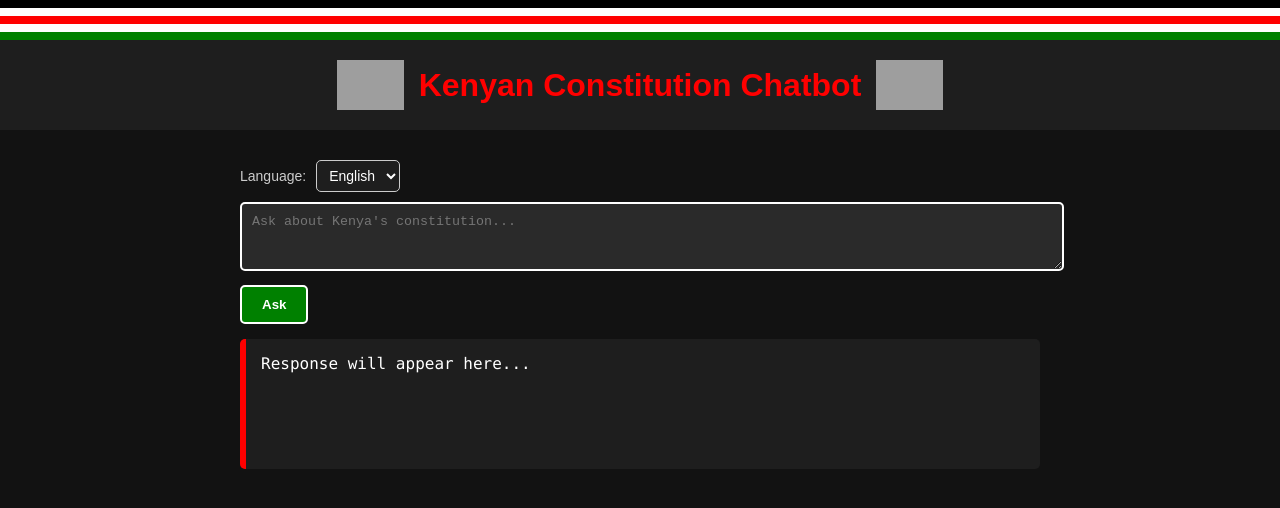
Repository: poip-boop/Bilingual-RAG-Chatbot-on-Constitution-of-Kenya
Page: index.html
An editor plug-in stored every save of this project. The page is shown before and after a run of saves, followed by the edit.
The browser window is 1280 px wide. The pictures show the whole page.
Pictures or frames that could not be fetched are drawn as grey boxes.

Above is the page before, as saved 2025-04-26 07:22:42.

### index.html
<!DOCTYPE html>
<html>
<head>
    <title>Kenya Constitution Chatbot</title>
    <style>
        body {
            font-family: Arial, sans-serif;
            background-color: #121212;
            color: #fff;
            margin: 0;
            padding: 0;
        }

        .container {
            max-width: 800px;
            margin: 0 auto;
            padding: 20px;
        }

        .flag-stripe {
            height: 8px;
            width: 100%;
        }

        .black-stripe { background-color: black; }
        .red-stripe { background-color: red; }
        .white-stripe { background-color: white; }
        .green-stripe { background-color: green; }

        .header {
            display: flex;
            align-items: center;
            justify-content: center;
            padding: 20px 10px;
            gap: 15px;
            background-color: #1e1e1e;
        }

        .header img {
            height: 50px;
        }

        .header h1 {
            color: #ff0000;
            font-size: 32px;
            text-align: center;
            margin: 0;
        }

        #response {
            background: #1e1e1e;
            padding: 15px;
            border-left: 6px solid red;
            border-radius: 5px;
            min-height: 100px;
            margin-top: 15px;
            white-space: pre-wrap;
            font-family: Consolas, monospace;
        }

        textarea {
            width: 100%;
            padding: 10px;
            margin-top: 10px;
            border-radius: 5px;
            border: 2px solid #fff;
            background-color: #2a2a2a;
            color: white;
        }

        .controls {
            display: flex;
            align-items: center;
            gap: 10px;
            margin-top: 10px;
        }

        .lang-label {
            font-size: 14px;
            color: #ccc;
        }

        #language {
            padding: 6px 8px;
            font-size: 14px;
            border-radius: 5px;
            background-color: #1e1e1e;
            color: white;
            border: 1px solid #ccc;
        }

        button {
            padding: 10px 20px;
            border-radius: 5px;
            border: 2px solid white;
            background: green;
            color: white;
            font-weight: bold;
            cursor: pointer;
            transition: background 0.3s;
        }

        button:hover {
            background: red;
        }
    </style>
</head>
<body>
    <!-- Kenyan Flag Stripes -->
    <div class="flag-stripe black-stripe"></div>
    <div class="flag-stripe white-stripe"></div>
    <div class="flag-stripe red-stripe"></div>
    <div class="flag-stripe white-stripe"></div>
    <div class="flag-stripe green-stripe"></div>

    <!-- Full-width Title Bar with Flags -->
    <div class="header">
        <img src="https://upload.wikimedia.org/wikipedia/commons/thumb/4/49/Flag_of_Kenya.svg/1200px-Flag_of_Kenya.svg.png" alt="Kenya Flag">
        <h1>Kenyan Constitution Chatbot</h1>
        <img src="https://upload.wikimedia.org/wikipedia/commons/thumb/4/49/Flag_of_Kenya.svg/1200px-Flag_of_Kenya.svg.png" alt="Kenya Flag">
    </div>

    <div class="container">
        <!-- Controls (Language only now) -->
        <div class="controls">
            <label class="lang-label" for="language">Language:</label>
            <select id="language">
                <option value="en">English</option>
                <option value="sw">Swahili</option>
            </select>
        </div>

        <!-- Question Area -->
        <textarea id="question" rows="3" placeholder="Ask about Kenya's constitution..."></textarea>

        <!-- Ask Button moved here -->
        <div style="margin-top: 10px;">
            <button onclick="ask()">Ask</button>
        </div>

        <!-- Response Display -->
        <div id="response">Response will appear here...</div>
    </div>

    <script>
        async function ask() {
            const question = document.getElementById('question').value;
            const language = document.getElementById('language').value;
            const responseDiv = document.getElementById('response');

            if (!question) {
                alert("Please enter a question");
                return;
            }

            responseDiv.innerHTML = "Thinking...";

            try {
                const response = await fetch('/ask', {
                    method: 'POST',
                    headers: { 'Content-Type': 'application/json' },
                    body: JSON.stringify({ question: question, language: language })
                });

                const data = await response.json();
                let text = data.answer;
                responseDiv.innerHTML = "";

                let i = 0;
                function typeWriter() {
                    if (i < text.length) {
                        responseDiv.innerHTML += text.charAt(i);
                        i++;
                        setTimeout(typeWriter, 15);
                    }
                }
                typeWriter();

            } catch (error) {
                responseDiv.innerHTML = "Error: " + error.message;
            }
        }
    </script>
</body>
</html>

After the next 2 saves:
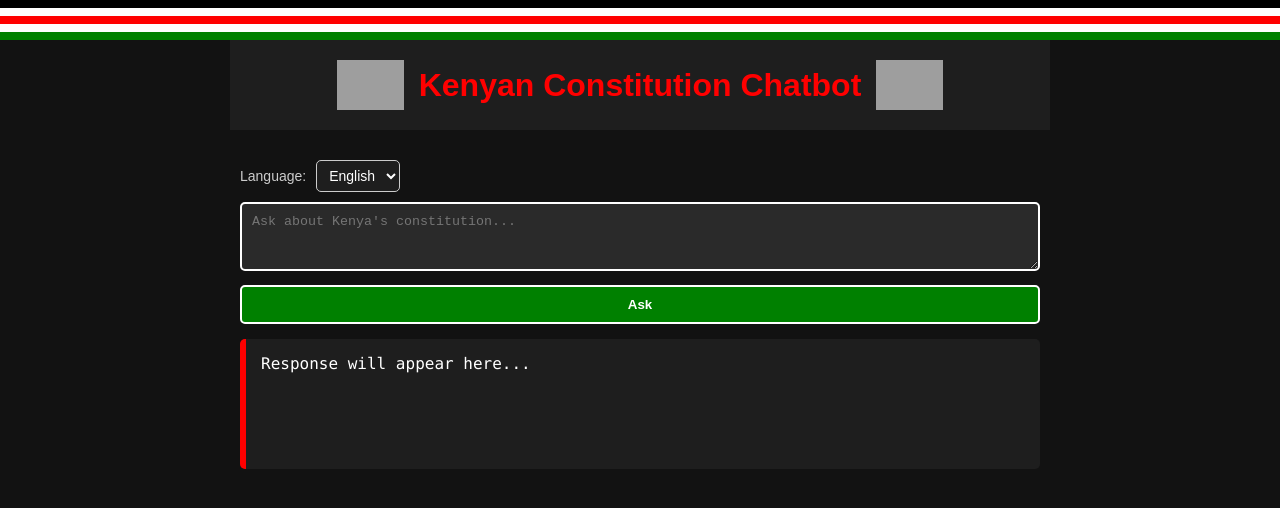
The 2 saves are shown as one change because they came seconds apart.
The last was saved 4 min 51 s later.
--- a/index.html
+++ b/index.html
@@ -28,11 +28,13 @@
         .green-stripe { background-color: green; }
 
         .header {
+            max-width: 800px;
+            margin: 0 auto;
             display: flex;
             align-items: center;
             justify-content: center;
+            gap: 15px;
             padding: 20px 10px;
-            gap: 15px;
             background-color: #1e1e1e;
         }
 
@@ -66,6 +68,7 @@
             border: 2px solid #fff;
             background-color: #2a2a2a;
             color: white;
+            box-sizing: border-box;
         }
 
         .controls {
@@ -89,7 +92,13 @@
             border: 1px solid #ccc;
         }
 
+        .ask-button {
+            margin-top: 10px;
+            width: 100%;
+        }
+
         button {
+            width: 100%;
             padding: 10px 20px;
             border-radius: 5px;
             border: 2px solid white;
@@ -113,7 +122,7 @@
     <div class="flag-stripe white-stripe"></div>
     <div class="flag-stripe green-stripe"></div>
 
-    <!-- Full-width Title Bar with Flags -->
+    <!-- Title with Flags -->
     <div class="header">
         <img src="https://upload.wikimedia.org/wikipedia/commons/thumb/4/49/Flag_of_Kenya.svg/1200px-Flag_of_Kenya.svg.png" alt="Kenya Flag">
         <h1>Kenyan Constitution Chatbot</h1>
@@ -121,7 +130,7 @@
     </div>
 
     <div class="container">
-        <!-- Controls (Language only now) -->
+        <!-- Language Selector -->
         <div class="controls">
             <label class="lang-label" for="language">Language:</label>
             <select id="language">
@@ -130,15 +139,15 @@
             </select>
         </div>
 
-        <!-- Question Area -->
+        <!-- Question -->
         <textarea id="question" rows="3" placeholder="Ask about Kenya's constitution..."></textarea>
 
-        <!-- Ask Button moved here -->
-        <div style="margin-top: 10px;">
+        <!-- Ask Button full width -->
+        <div class="ask-button">
             <button onclick="ask()">Ask</button>
         </div>
 
-        <!-- Response Display -->
+        <!-- Response -->
         <div id="response">Response will appear here...</div>
     </div>
 
